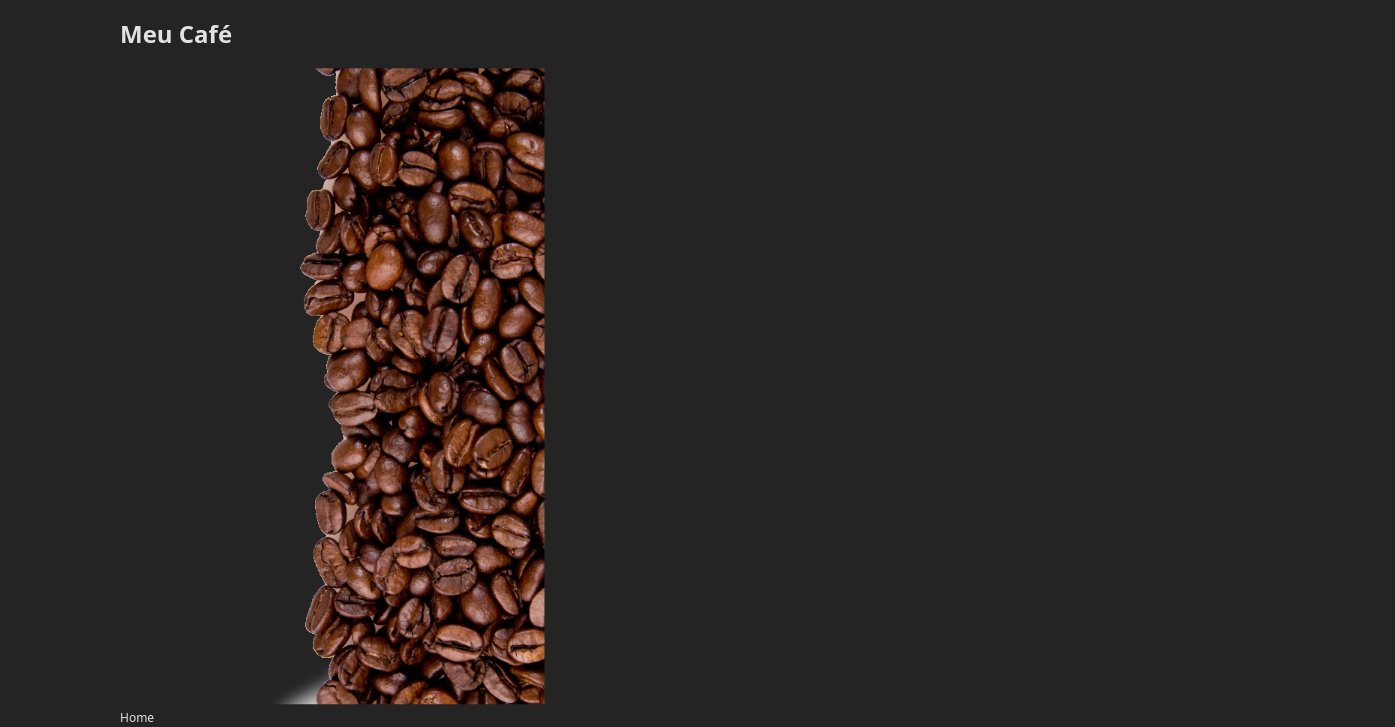
Repository: meiotera/meu_cafe.dev
Page: /
An editor plug-in stored every save of this project. The page is shown before and after the next save, followed by the edit.
The browser window is 1280 px wide. The page is 1280 px wide, then 1860 px, so the pictures cover 1860 px, including what lies to the right of the window. The pictures show the whole page, at 75% of full size.
The project was rebuilt for these pictures with package versions that can differ from the ones it lists, and the page was loaded fresh each time. Also part of the build but not shown: vite.config.js, src/Pages/AboutUs.jsx, src/Pages/YourPlane.jsx.

Above is the page before, as saved 2025-04-02 16:25:27.

### src/index.css
:root {
  font-family: system-ui, Avenir, Helvetica, Arial, sans-serif;
  line-height: 1.5;
  font-weight: 400;

  color-scheme: light dark;
  color: rgba(255, 255, 255, 0.87);
  background-color: #242424;

  font-synthesis: none;
  text-rendering: optimizeLegibility;
  -webkit-font-smoothing: antialiased;
  -moz-osx-font-smoothing: grayscale;
}

a {
  font-weight: 500;
  color: #646cff;
  text-decoration: inherit;
}
a:hover {
  color: #535bf2;
}

body {
  width: 960px;
  margin: 0 auto;
}

### src/App.jsx
import React from 'react';
import { BrowserRouter, Routes, Route } from 'react-router-dom';

import Home from './Pages/Home';
import AboutUs from './Pages/AboutUs';
import YourPlane from './Pages/YourPlane';

import Header from './components/Header/Header';
import Main from './components/Main/Main';

function App() {
  return (
    <>
      <Header />

      <Main>
        <BrowserRouter>
          <Routes>
            <Route path="/" element={<Home />} />
            <Route path="sobre" element={<AboutUs />} />
            <Route path="planos" element={<YourPlane />} />
          </Routes>
        </BrowserRouter>
      </Main>
    </>
  );
}

export default App;

### src/Pages/Home.jsx
import React from 'react';
import Main from '../components/Main/Main';

const Home = () => {
  return <Main>Home</Main>;
};

export default Home;

### src/components/Header/Header.jsx
import React from 'react';

import styles from './Header.module.css';

const Header = () => {
  return (
    <header className={styles.header}>
      <h1>Meu Café</h1>

      <div className={styles.containerImg}>
        <img src="../../img/graos.png" alt="Grão de café" />
      </div>
    </header>
  );
};

export default Header;

### src/components/Main/Main.jsx
import React from 'react';

const Main = ({ children }) => {
  return <main>{children}</main>;
};

export default Main;

Loaded but not shown: index.html (common file); src/main.jsx (common file); src/components/Header/Header.module.css (common file)

After the next save:
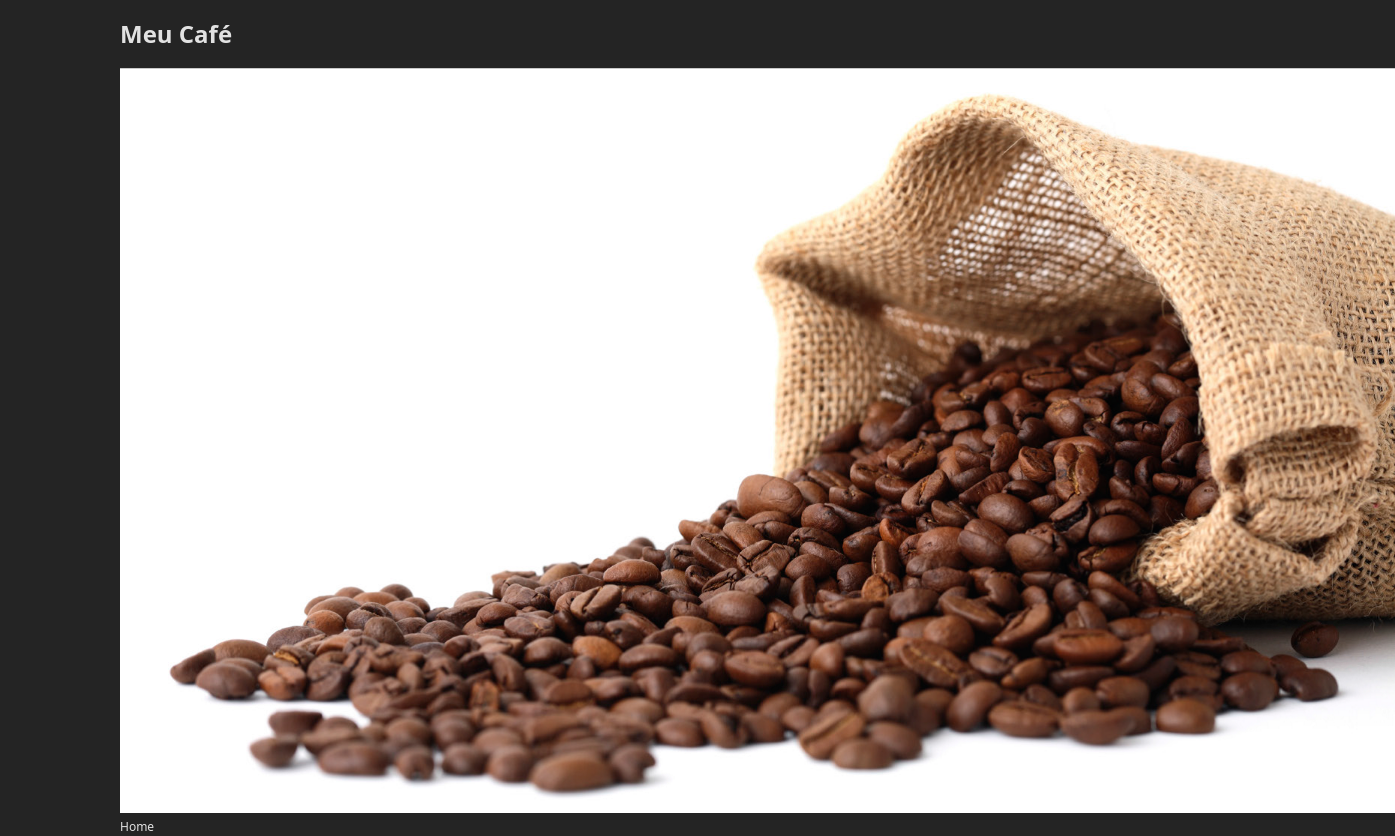
Saved 68 s later.
--- a/src/components/Header/Header.jsx
+++ b/src/components/Header/Header.jsx
@@ -8,7 +8,7 @@
       <h1>Meu Café</h1>
 
       <div className={styles.containerImg}>
-        <img src="../../img/graos.png" alt="Grão de café" />
+        <img src="../../img/saca.png" alt="Grão de café" />
       </div>
     </header>
   );
